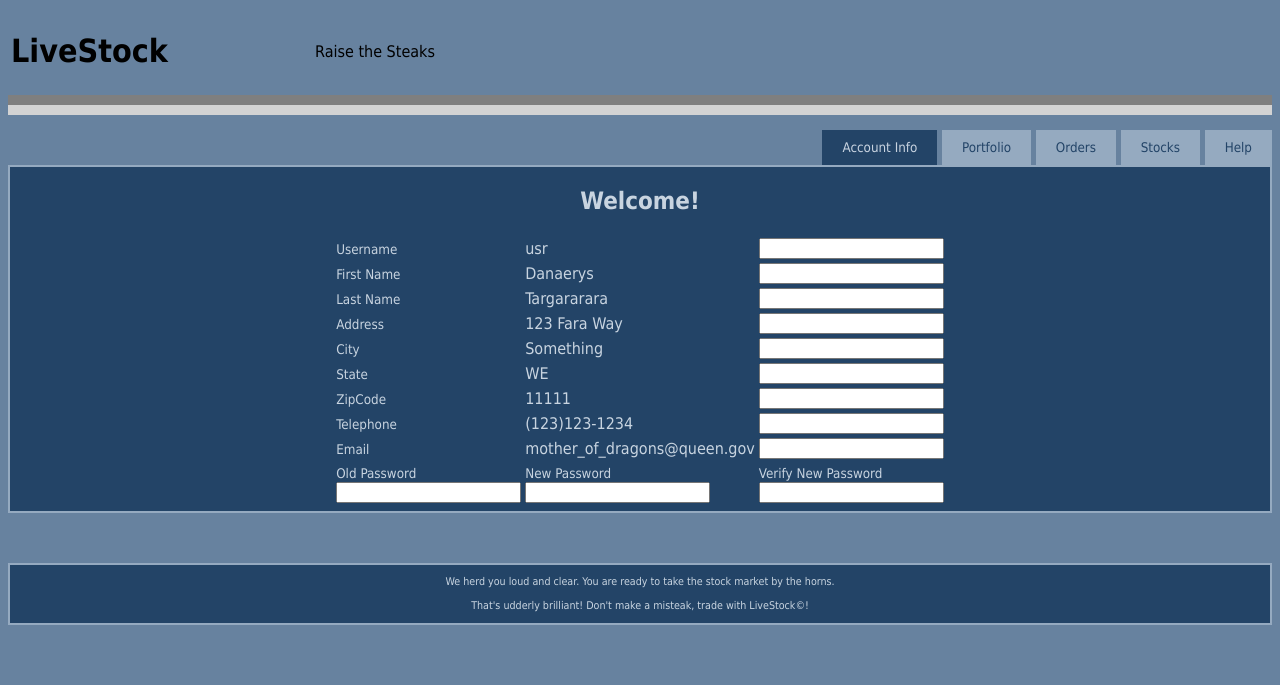
Repository: yastapova/live-stock
Page: LiveStockSite/WebContent/WEB-INF/cust_acc_info.html
An editor plug-in stored every save of this project. The page is shown before and after the next save, followed by the edit.
The browser window is 1280 px wide. The pictures show the whole page.

Above is the page before, as saved 2016-04-19 23:27:37.

After the next save:
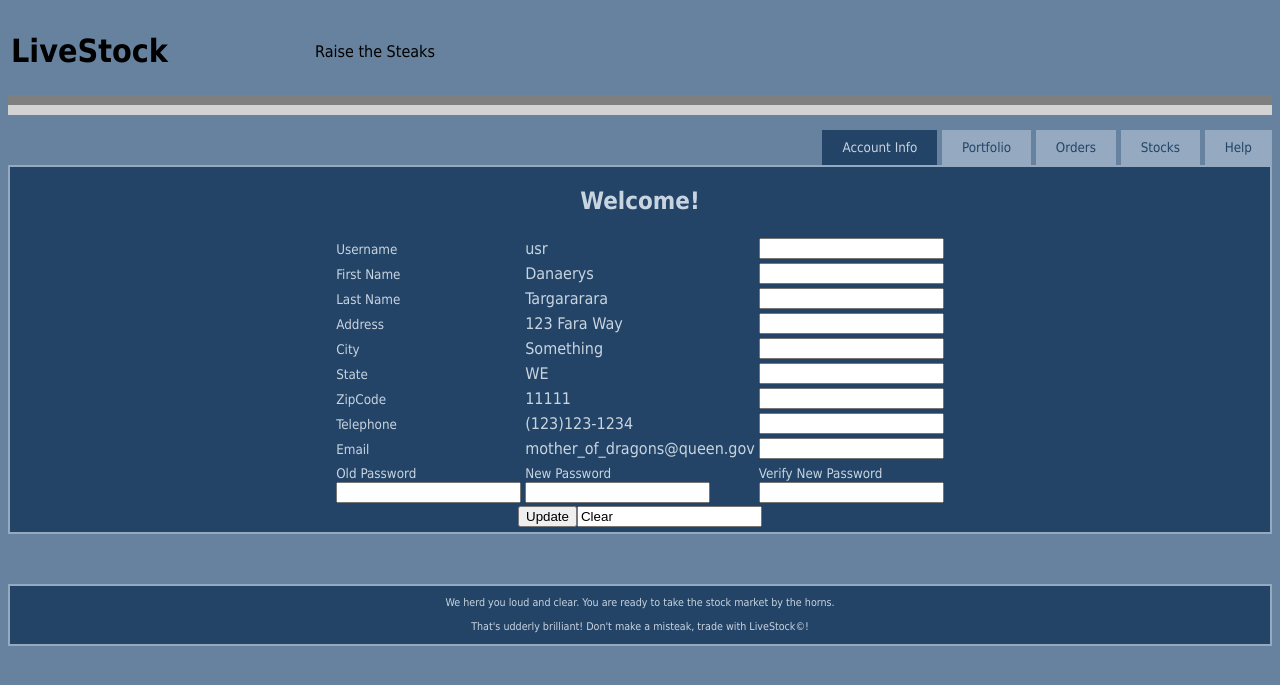
Saved 33 s later.
--- a/LiveStockSite/WebContent/WEB-INF/cust_acc_info.html
+++ b/LiveStockSite/WebContent/WEB-INF/cust_acc_info.html
@@ -79,6 +79,7 @@
 				<input id="pw2" name="password2" type="password" /></td>
 			</tr>
 		</table>
+		<input type="submit" value="Update"><input type="clear" value="Clear">
 		</form>
 	</div>
 
